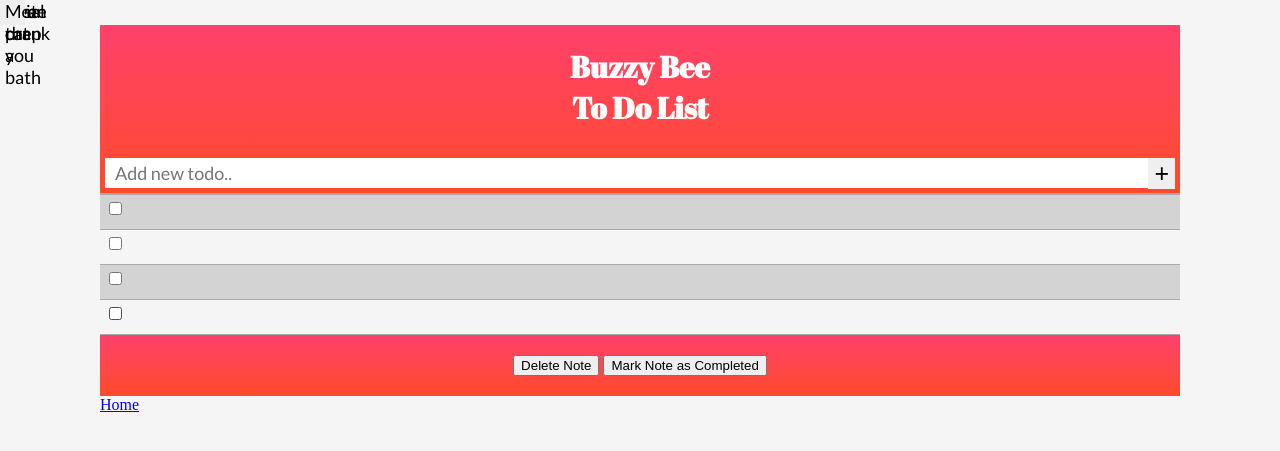
Repository: seleniadelgado/backend-spring2020-angie
Page: projects/todo/public_html/index.html
These files come from the project's save history. The page is drawn as it stood at one moment and after the next save; the edit follows.
The browser window is 1280 px wide. The pictures show the whole page.
The page's requests for data from a server got no answer.

Above is the page before, as saved 2020-05-13 16:37:05.

After the next save:
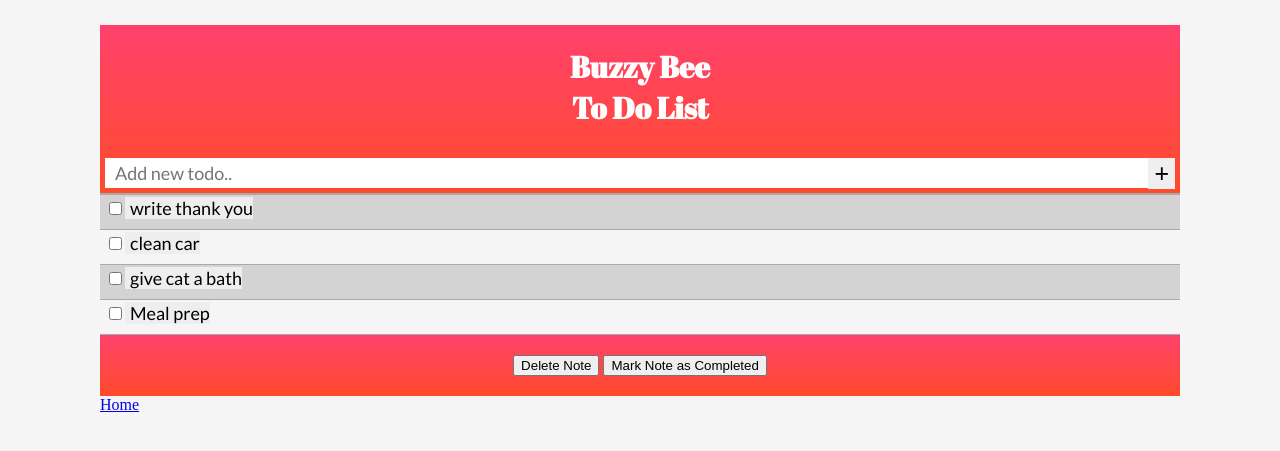
Saved 25 s later.
--- a/projects/todo/public_html/styles.css
+++ b/projects/todo/public_html/styles.css
@@ -85,11 +85,7 @@ body {
 .checkmark {
     padding-left: 5px;
     position: absolute;
-  top: 0;
-  left: 0;
-  height: 25px;
-  width: 25px;
-  background-color: #eee;
+    background-color: #eee;
 }
 checkbox {
     color: red;
